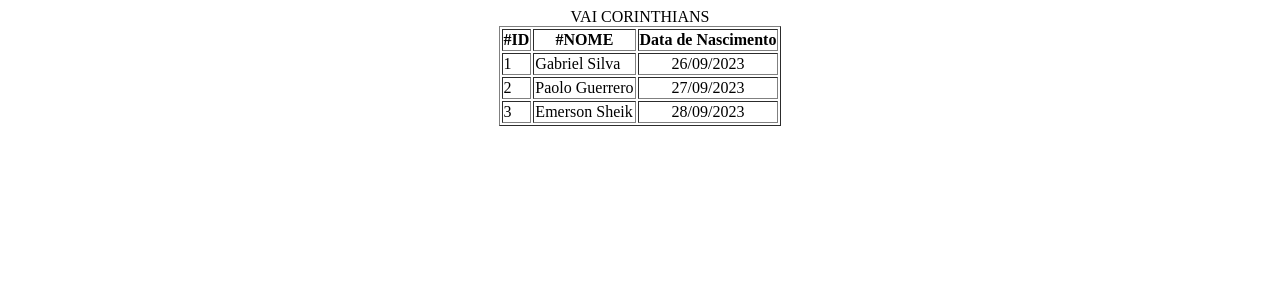
Repository: gabrielsilva9810/FATEC_LABEngSoftware
Page: ExemploHTML/src/main/webapp/index.html
An editor plug-in stored every save of this project. The page is shown before and after the next save, followed by the edit.
The browser window is 1280 px wide. The pictures show the whole page.

Above is the page before, as saved 2023-08-26 13:08:35.

### ExemploHTML/src/main/webapp/index.html
<!DOCTYPE html>
<html>

<head>
	<meta charset="UTF-8">
	<title>Exemplo HTML</title>
</head>

<body>
	<div align = "center">

		<table border = 1>
			<thead>
				<tr>
					<th><b> #ID</b></th>
					<th><b> #NOME</b></th>
					<th><b> Data de Nascimento</b></th>
				</tr>
			</thead>
			<tbody>
				<tr>
					<td>1</td>
					<td>Gabriel Silva</td>
					<td align ="center">26/09/2023</td>
				</tr>

				<tr>
					<td>2</td>
					<td>Paolo Guerrero</td>
					<td align = "center">27/09/2023</td>
				</tr>

				<tr>
					<td>3</td>
					<td>Emerson Sheik</td>
					<td align = "center">28/09/2023</td>
				</tr>


			</tbody>

			VAI CORINTHIANS
		</table>

	</div>
</body>

</html>

After the next save:
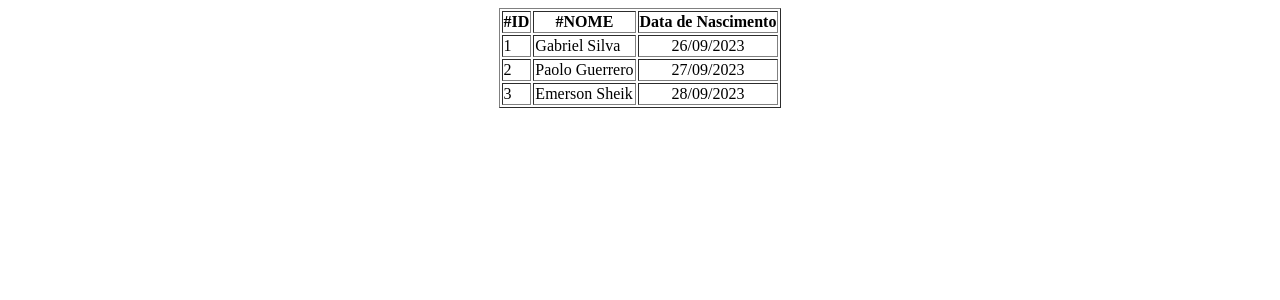
Saved 2 min 11 s later.
--- a/ExemploHTML/src/main/webapp/index.html
+++ b/ExemploHTML/src/main/webapp/index.html
@@ -38,9 +38,10 @@
 
 
 			</tbody>
+		</table>
+		<div align = "center">
 
-			VAI CORINTHIANS
-		</table>
+		</div>
 
 	</div>
 </body>
